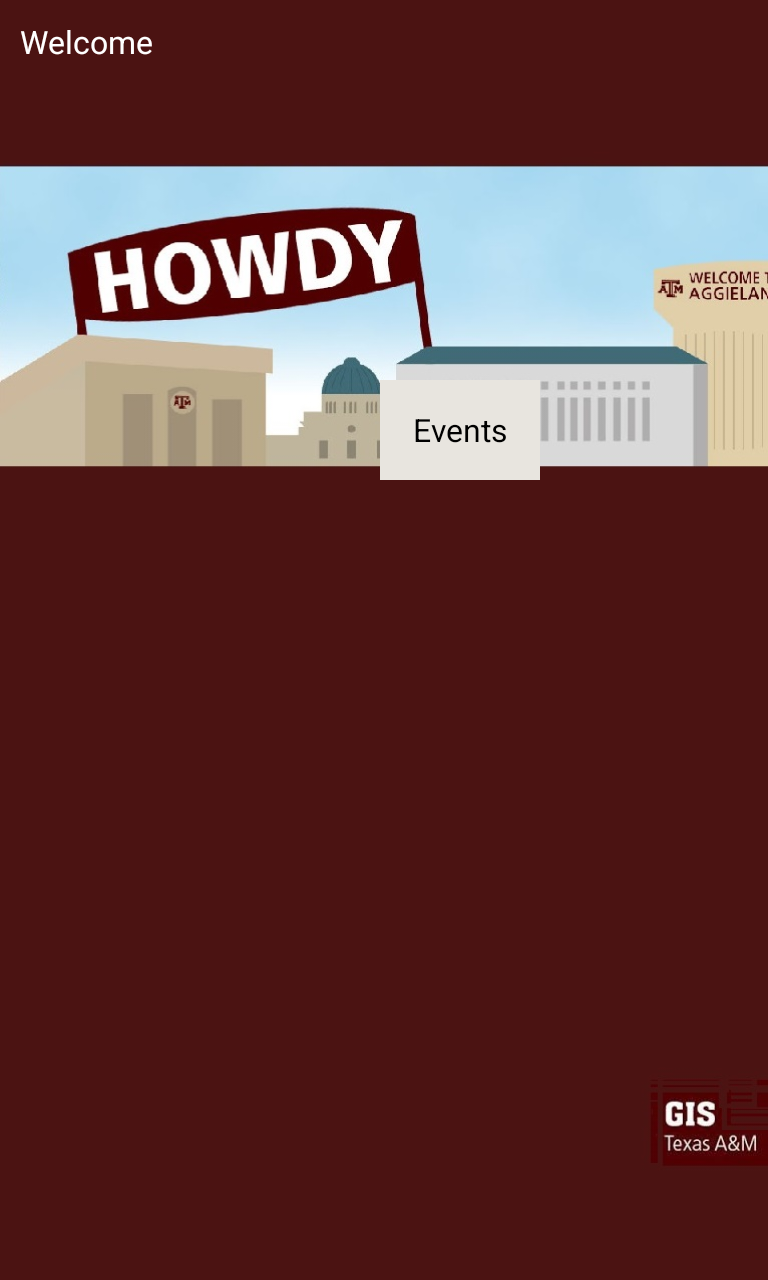
Repository: jannelg92/ANDROIDAPP
Layout: GEOINNOVATION/TAMUgis-dayEvents/res/layout/main_home.xml
An editor plug-in stored every save of this project. The layout is shown before and after the next save, followed by the edit.
It is drawn on a 768 x 1280 px phone screen (xhdpi) without system bars, with theme AppTheme; the app's code is not run. Lists and similar views that code fills are empty.

Above is the layout before, as saved 2014-04-19 00:47:36.

### GEOINNOVATION/TAMUgis-dayEvents/res/layout/main_home.xml
<!-- A DrawerLayout is intended to be used as the top-level content view using match_parent for both width and height to consume the full space available. -->
<android.support.v4.widget.DrawerLayout xmlns:android="http://schemas.android.com/apk/res/android"
    xmlns:tools="http://schemas.android.com/tools"
    android:id="@+id/drawer_layout"
    android:layout_width="match_parent"
    android:layout_height="match_parent"
    android:background="@drawable/aggieland_blank" >

    <!--
         As the main content view, the view below consumes the entire
         space available using match_parent in both dimensions.
    -->


   <FrameLayout
        android:id="@+id/flContent"
        android:orientation="horizontal"
        android:layout_width="match_parent"
        android:layout_height="match_parent"
        android:padding="10dp" >

       <TextView
        android:id="@+id/txtLabel"
        android:layout_width="wrap_content"
        android:layout_height="wrap_content"
        android:text="Welcome"
        android:textSize="16dp"
        android:textColor="#ffffff"/>

    <Button
        android:id="@+id/event_b"
        android:layout_width="80dp"
        android:layout_height="50dp"
        android:layout_margin="180dp"
        android:layout_marginBottom="50dp"
        android:align_parentBottom=""
        android:background="#E8E5DF"
        android:clickable="true"
        android:text="@string/title_section2"
        android:textSize="@dimen/small_text" />

    </FrameLayout>

    <!--
         android:layout_gravity="start" tells DrawerLayout to treat
         this as a sliding drawer on the left side for left-to-right
         languages and on the right side for right-to-left languages.
         If you're not building against API 17 or higher, use
         android:layout_gravity="left" instead.
    -->
    <!--
         The drawer is given a fixed width in dp and extends the full height of
         the container.
    -->
    <!-- The navigation drawer -->
    <ListView
        android:id="@+id/lvDrawer"
        android:layout_width="240dp"
        android:layout_height="match_parent"
        android:layout_gravity="start"
        android:choiceMode="singleChoice"
        android:divider="@android:color/darker_gray"
        android:dividerHeight="1dp"
        android:background="@drawable/drop_back"
        android:listSelector="@drawable/bright_back" />





   <!--  <fragment
        android:id="@+id/lvDrawer"
        android:name="edu.tamu.gisdayevents.NavigationDrawerFragment"
        android:layout_width="@dimen/navigation_drawer_width"
        android:layout_height="match_parent"
        android:layout_gravity="start"
        android:choiceMode="singleChoice"
        android:divider="@android:color/darker_gray"
        android:dividerHeight="0dp" />
		-->
</android.support.v4.widget.DrawerLayout>

### GEOINNOVATION/TAMUgis-dayEvents/res/values/strings.xml
<?xml version="1.0" encoding="utf-8"?>
<resources>
	<!--  Menu, Application, Object TITLES -->
    <string name="app_name">TAMUgis-day Events</string>
    <string name="application_name">Texas A&amp;M Geoservices</string>
    <string name="nav_drawer">Navigation Drawer</string>
    <string name="layout_piece">Structure or element of the layout</string>
    <string name="hello_world">Hello  W O R L D!! :)</string>
    <string name="title_menu">Navigation Menu</string>
    <string name="title_activity_user_options">UserOptions</string>
    <string name="title_activity_events">Events</string>
    <string name="title_activity_event_checkin">Event_checkin</string>
    <string name="title_section1">Welcome</string>
    <string name="title_section2">Events</string>
    <string name="title_sectionLogin">Log-in</string>
    <string name="title_section3">Event Check-in</string>
    <string name="title_section4">My Events</string>
    <string name="title_section5">Settings</string>
    <string name="title_section6">Log-out</string>

	<string-array name="mainTitles">
        <item id="menu1_99">Log-in </item>
        <item id="menu1_100">Event Calendar </item>
        <item id="menu1_101">Share </item>
    </string-array>
    <string-array name="userTitles">
        <item id="menu2_99"> Event Calendar </item>
        <item id="menu2_100"> Event Check-in </item>
        <item id="menu2_101"> My Events </item>
        <item id="menu2_102"> Share </item>
        <item id="menu2_103"> Settings </item>
        <item id="menu2_104"> Log-out</item>
    </string-array>
    <string-array name="menuTitles">
        <item id="menu2_99"> GIS Day App </item>
        <item id="menu2_100"> Log-in </item>
        <item id="menu2_101"> Event Calendar </item>
        <item id="menu2_102"> Event Check-in </item>
        <item id="menu2_103"> My Events </item>
        <item id="menu2_104"> Share </item>
        <item id="menu2_105"> Settings </item>
        <item id="menu2_106"> Log-out </item>
    </string-array>
    <array name="nav_drawer_icons">
        <item>  </item>
        <item>@drawable/ic_action_signup</item>
        <item>@drawable/ic_action_eventcal</item>
        <item>@drawable/ic_action_checkin</item>
    	<item>@drawable/ic_action_myevents</item>
    	<item>@drawable/ic_action_share</item>
		<item>@drawable/ic_action_settings</item>
		<item>@drawable/ic_action_import_export</item>
	</array>

    <!--  -->


    <!-- Strings related to Settings, Example General settings -->
    <string name="pref_header_general">General</string>
    <string name="pref_title_social_recommendations">Enable social recommendations</string>
    <string name="pref_description_social_recommendations">Recommendations for people to contact based on your message history</string>
    <string name="pref_title_display_name">Display name</string>
    <string name="pref_default_display_name">John Smith</string>
    <string name="pref_title_add_friends_to_messages">Add friends to messages</string>

    <string-array name="pref_example_list_titles">
        <item>Always</item>
        <item>When possible</item>
        <item>Never</item>
    </string-array>
    <string-array name="pref_example_list_values">
        <item>1</item>
        <item>0</item>
        <item>-1</item>
    </string-array>

    <!-- Example settings for Data & Sync -->
    <string name="pref_header_data_sync">Data &amp; sync</string>
    <string name="pref_title_sync_frequency">Sync frequency</string>

    <string-array name="pref_sync_frequency_titles">
        <item>15 minutes</item>
        <item>30 minutes</item>
        <item>1 hour</item>
        <item>3 hours</item>
        <item>6 hours</item>
        <item>Never</item>
    </string-array>
    <string-array name="pref_sync_frequency_values">
        <item>15</item>
        <item>30</item>
        <item>60</item>
        <item>180</item>
        <item>360</item>
        <item>-1</item>
    </string-array>

    <string name="pref_title_system_sync_settings">System sync settings</string>



    <!-- Example settings for Notifications -->

    <string name="pref_header_notifications">Notifications</string>
    <string name="pref_title_new_message_notifications">New message notifications</string>
    <string name="pref_title_ringtone">Ringtone</string>
    <string name="pref_ringtone_silent">Silent</string>
    <string name="pref_title_vibrate">Vibrate</string>


    <string name="app_settings">App Settings</string>


    <string name="main">Home</string>
    <string name="login">Log-in</string>
    <string name="calendar">Event Calendar</string>
    <string name="checkin">Event Checkin</string>
    <string name="myevents">My Events</string>
    <string name="share">Share</string>
    <string name="map">Map</string>
    <string name="settings">Settings</string>
    <string name="logout">Log-out</string>
    <string name="returnB">Back</string>
    <string name="details">Event Details</string>
    <string name="prof_classes">Professor-added Classes </string>
    <string name="prof">Professors </string>
    <string name="pics">Pictures</string>
    <string name="signup">Sign-up </string>
    <string name="mycourses">My Courses</string>
    <string name="notify">Notifcation Options </string>
    <string name="event_remind">Send Event Reminders</string>
    <string name="push">Allow Push Notifications</string>
    <string name="gps">Allow GPS Tracking</string>


<!-- Description Strings -->
  <color name="maroon">#500000</color>
  <color name="selector">#F4AF00</color>
  <color name="background">#FDEFCC </color>
    <string name="drawer_open">Open Menu</string>
    <string name="drawer_close">Close Menu</string>
    <string name="app_error">Sorry, GIS DAY app is NOT available.</string>
    <string name="navigation_drawer_open">Open navigation drawer</string>
    <string name="navigation_drawer_close">Close navigation drawer</string>
    <string name="action_example">HelloWorld</string>
    <string name="action_settings">Settings</string>


    <string name="prompt_email">Email</string>
    <string name="prompt_password">Password</string>
    <string name="action_sign_in_register"><b>Sign in</b> or register</string>
    <string name="action_sign_in_short">Sign in</string>
    <string name="action_forgot_password">Recover lost password</string>
    <string name="login_progress_signing_in">Signing in&#8230;</string>
    <string name="error_invalid_email">This email address is invalid</string>
    <string name="error_invalid_password">This password is too short</string>
    <string name="error_incorrect_password">This password is incorrect</string>
    <string name="error_field_required">This field is required</string>
</resources>

### GEOINNOVATION/TAMUgis-dayEvents/res/values/dimens.xml
<resources>

   <dimen name="activity_horizontal_margin">16dp</dimen>
    <dimen name="activity_vertical_margin">16dp</dimen>

    <dimen name="big_text">28dip</dimen>
    <dimen name="mid_text">20dip</dimen>
    <dimen name="small_text">16dip</dimen>
    <dimen name="return_w">50dp</dimen>
    <dimen name="return_h">50dp</dimen>
    <dimen name="text_sizeW">70dp </dimen>
    <dimen name="text_sizeH">70dp</dimen>
    <dimen name="button_w">200dp </dimen>
    <dimen name="button_h">60dp </dimen>
    <!--
         Per the design guidelines, navigation drawers should be between 240dp and 320dp:
         https://developer.android.com/design/patterns/navigation-drawer.html
    -->
    <dimen name="navigation_drawer_width">277dp</dimen>

</resources>

Loaded but not shown: GEOINNOVATION/TAMUgis-dayEvents/res/values/styles.xml (common file); GEOINNOVATION/TAMUgis-dayEvents/res/values-v11/styles.xml (common file); GEOINNOVATION/TAMUgis-dayEvents/res/values-v14/styles.xml (common file)

After the next save:
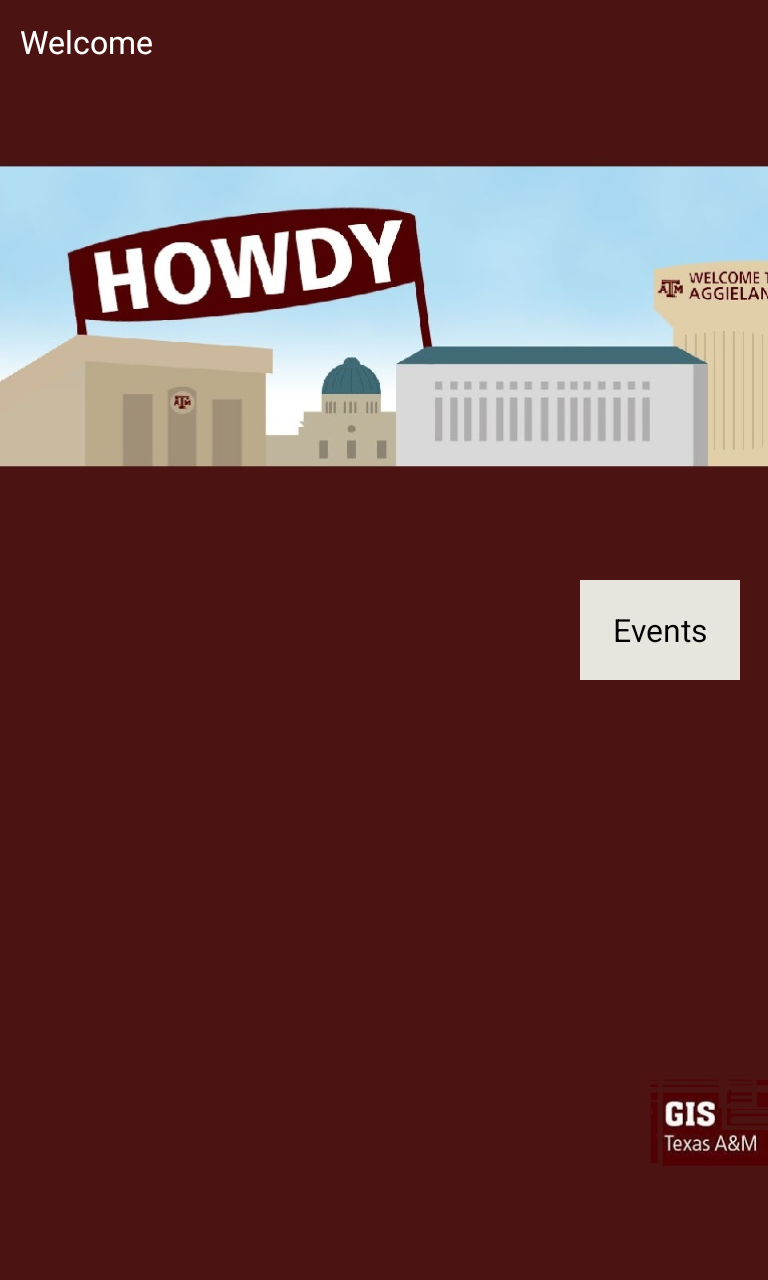
Saved 21 s later.
--- a/GEOINNOVATION/TAMUgis-dayEvents/res/layout/main_home.xml
+++ b/GEOINNOVATION/TAMUgis-dayEvents/res/layout/main_home.xml
@@ -31,7 +31,7 @@
         android:id="@+id/event_b"
         android:layout_width="80dp"
         android:layout_height="50dp"
-        android:layout_margin="180dp"
+        android:layout_margin="280dp"
         android:layout_marginBottom="50dp"
         android:align_parentBottom=""
         android:background="#E8E5DF"
